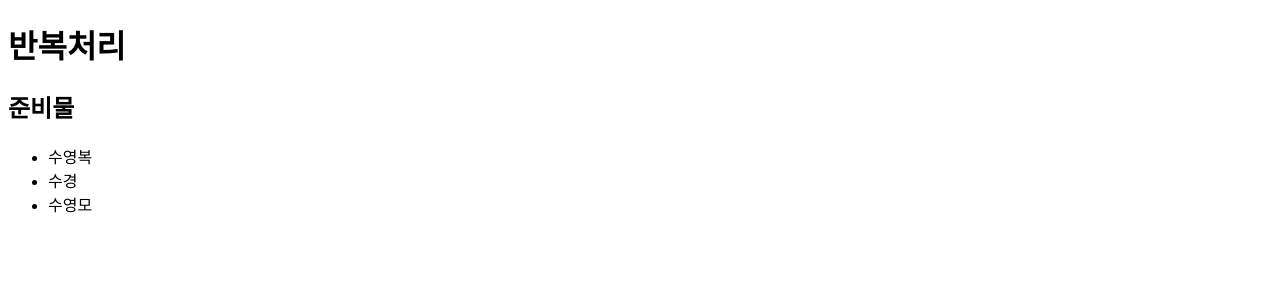
Repository: Sookyeong0505/web_server_workspace
Page: http://localhost/hello-web/jsp/loop.jsp
These files come from the project's save history. The page is drawn as it stood at one moment and after the next save; the edit follows.
The browser window is 1280 px wide. The pictures show the whole page.
The page is served by Tomcat 9.

Above is the page before, as saved 2023-06-20 06:43:12.

After the next save:
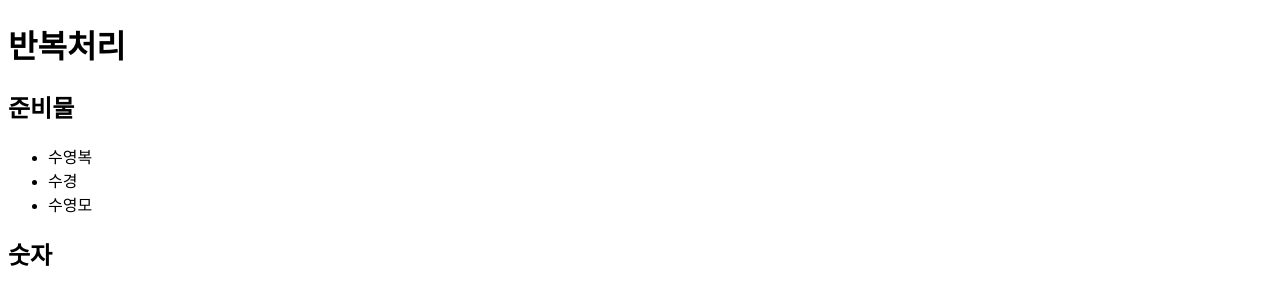
Saved 27 s later.
--- a/hello-web/src/main/webapp/jsp/loop.jsp
+++ b/hello-web/src/main/webapp/jsp/loop.jsp
@@ -26,5 +26,9 @@
 %>
 	</ul>
 
+	<h2>숫자</h2>
+
+
+
 </body>
 </html>
